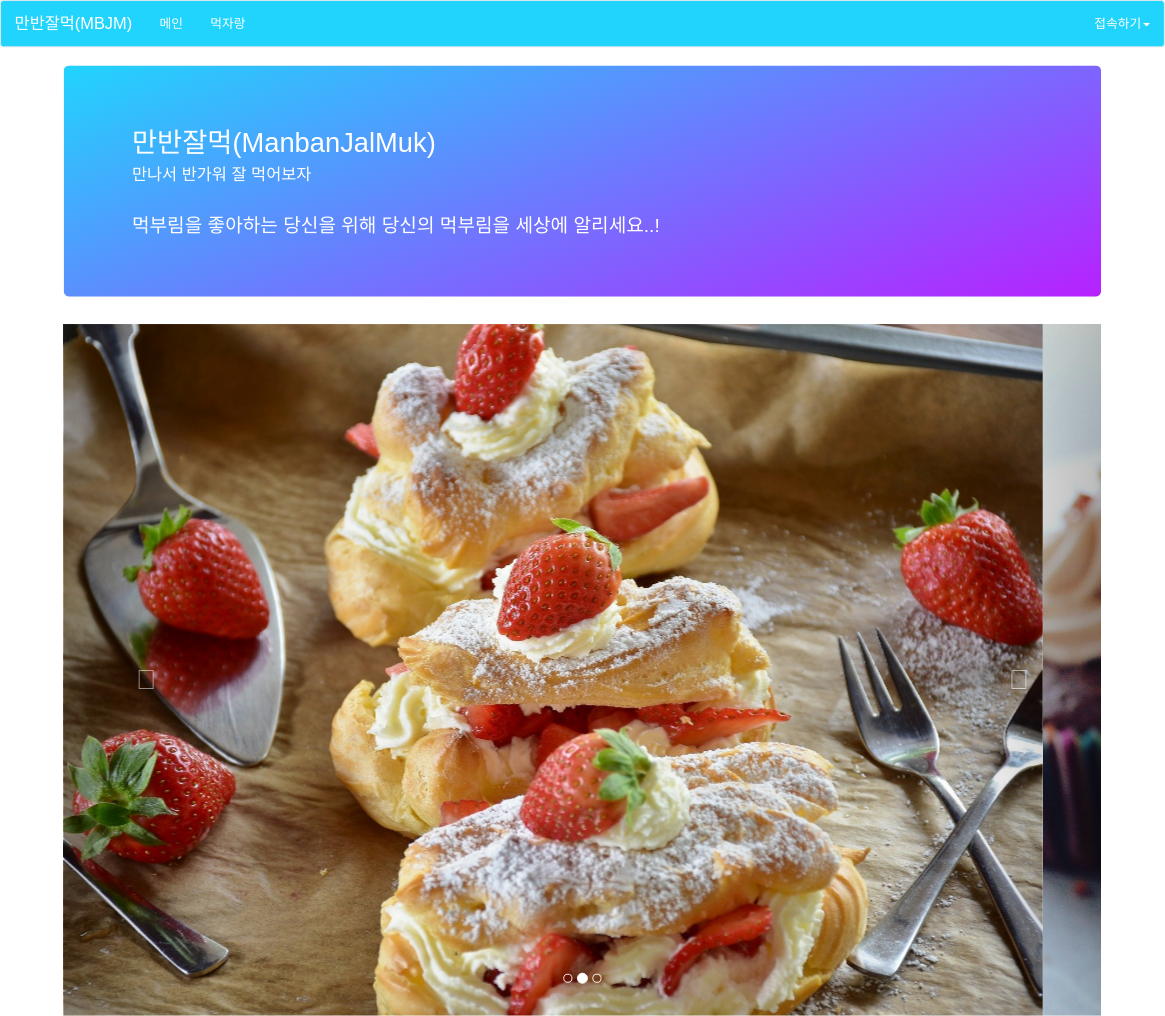
Repository: gimyoni/ManBanJalMuk
Page: http://localhost/text/main.jsp
An editor plug-in stored every save of this project. The page is shown before and after the next save, followed by the edit.
The browser window is 1280 px wide. The pictures show the whole page, at 91% of full size.
Some web fonts or font styles are not loaded; a fallback is used. Some web libraries are served in a nearby version. The page is served by Tomcat 9.

Above is the page before, as saved 2021-05-07 03:03:20.

After the next save:
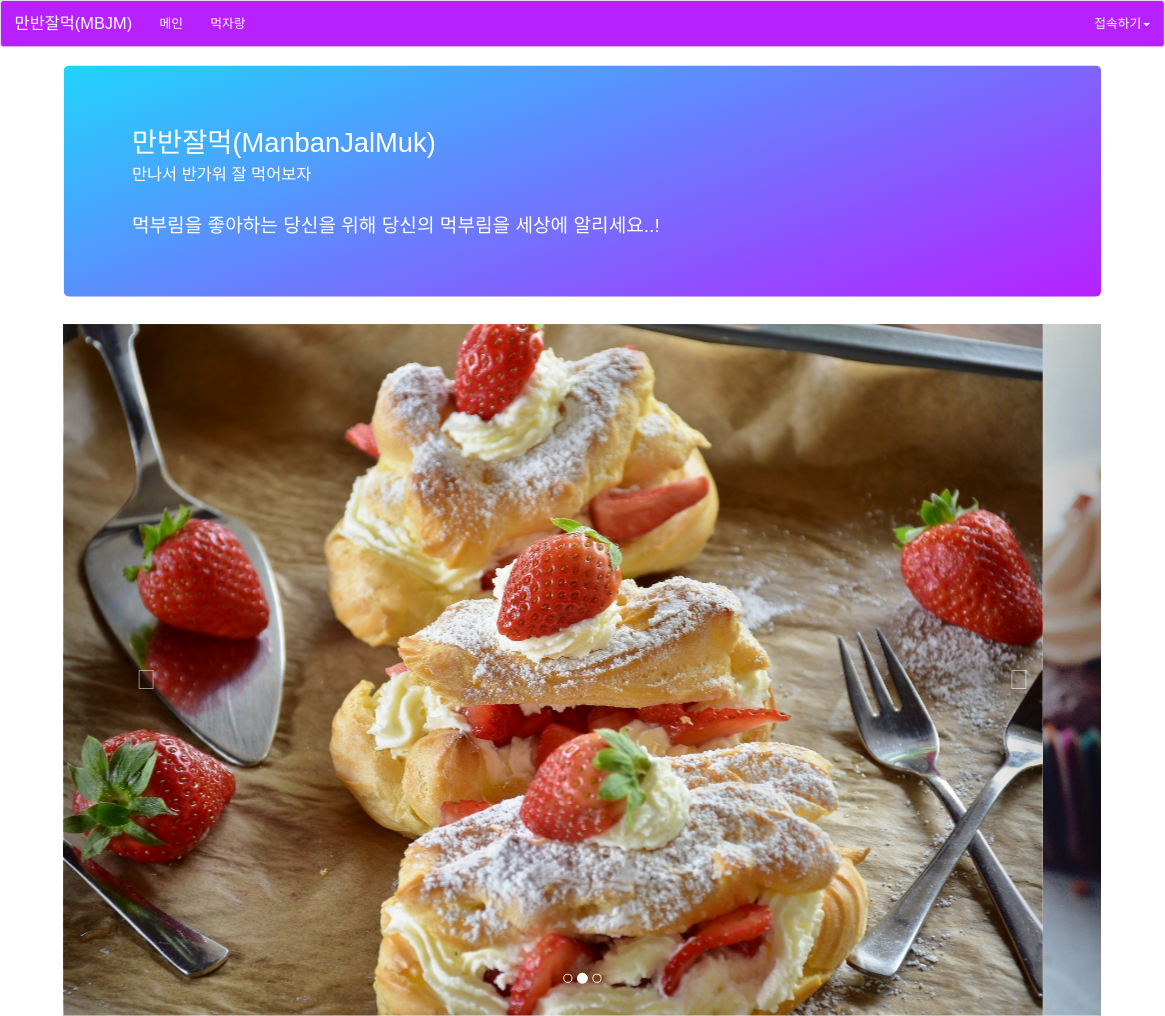
Saved 8 s later.
--- a/text/WebContent/css/custom.css
+++ b/text/WebContent/css/custom.css
@@ -12,7 +12,7 @@ h1{
 	background-image: linear-gradient(-20deg, #b721ff 0%, #21d4fd 100%);
 }
 .navbar-default{
-	background-color:#21d4fd;
+	background-color:#b721ff;
 }
 .navbar .nav > li > a {
 	color:white;
